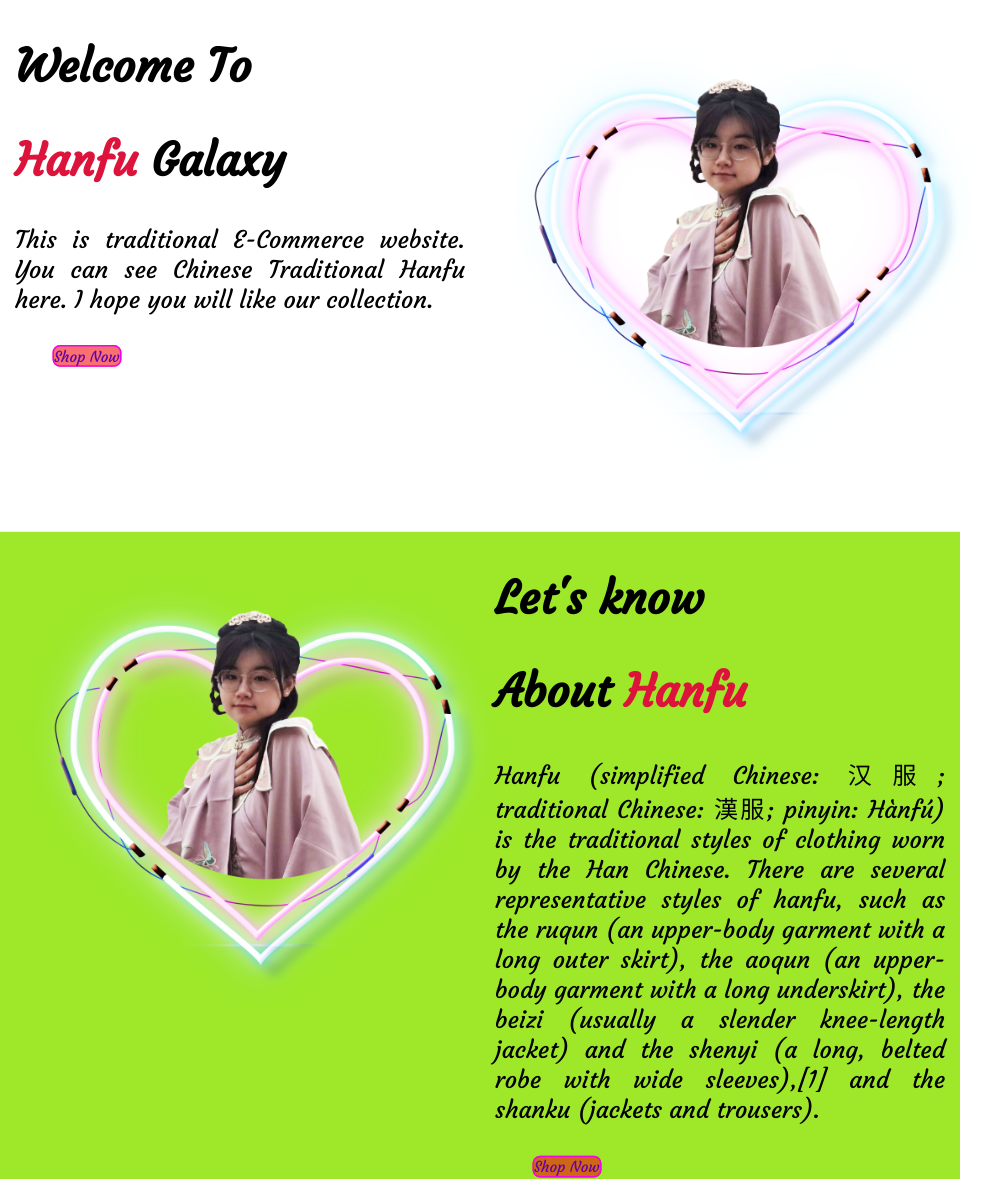
Repository: ramizraaz/E-Commerce
Page: index.html
An editor plug-in stored every save of this project. The page is shown before and after the next save, followed by the edit.
The browser window is 1280 px wide. The page is 1340 px wide, so the pictures cover 1340 px, including what lies to the right of the window. The pictures show the whole page, at 75% of full size.

Above is the page before, as saved 2022-02-06 21:21:57.

### index.html
<!DOCTYPE html>
<html lang="en">

<head>
    <meta charset="UTF-8">
    <meta http-equiv="X-UA-Compatible" content="IE=edge">
    <meta name="viewport" content="width=device-width, initial-scale=1.0">
    <title>Document</title>
    <link rel="stylesheet" href="main.css">
</head>

<body>
    <section class="top">
        <div class="container">
            <h1>Welcome To </h1>
            <h1><span> Hanfu </span>Galaxy</h1>
            <p>This is traditional E-Commerce website. You can see Chinese Traditional Hanfu here. I hope you will like our collection.
            </p>
            <a href="index.html">Shop Now</a>
        </div>
        <div class="container">
            <img src="images/bg-1.png" alt="showart">
        </div>
    </section>
    <section class="mid">
        <div class="container">
            <img src="images/bg-1.png" alt="showart">
        </div>
        <div class="container">
            <h1>Let's know </h1>
            <h1>About<span> Hanfu </span></h1>
            <p>Hanfu (simplified Chinese: 汉服; traditional Chinese: 漢服; pinyin: Hànfú) is the traditional styles of clothing worn by the Han Chinese. There are several representative styles of hanfu, such as the ruqun (an upper-body garment with a long outer
                skirt), the aoqun (an upper-body garment with a long underskirt), the beizi (usually a slender knee-length jacket) and the shenyi (a long, belted robe with wide sleeves),[1] and the shanku (jackets and trousers).
            </p>
            <a href="index.html">Shop Now</a>
        </div>
    </section>
</body>

</html>

### main.css
@import url('https://fonts.googleapis.com/css2?family=Courgette&display=swap');
body {
    font-family: 'Courgette', cursive;
    margin: 0;
    font-size: 2rem;
}

h1 {
    font-size: 60px;
}

p {
    text-align: justify;
}

span {
    color: crimson;
}

img {
    width: 700px;
}

a {
    text-decoration: none;
    border: 2px solid #f104e6;
    border-radius: 10px;
    font-size: 20px;
    margin-left: 50px;
    background-color: rgba(243, 7, 7, 0.575);
    color: rgb(101, 2, 167);
}

.top {
    display: flex;
}

.container {
    width: 50%;
    padding-left: 20px;
}

.mid {
    display: flex;
    background-color: #93e60fe3;
}

.mid .container {
    padding: 0px 20px 0px 0px;
}

After the next save:
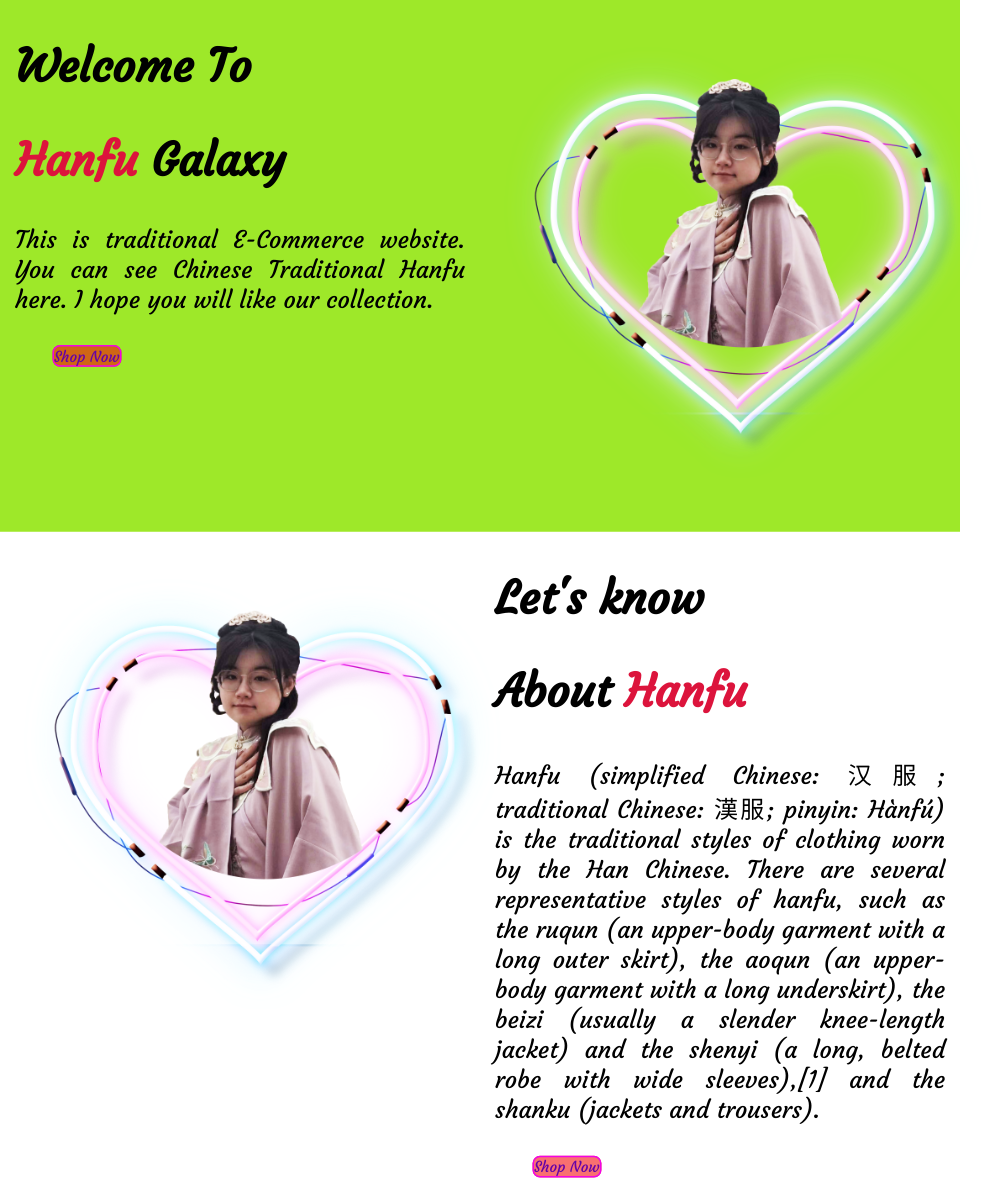
Saved 36 s later.
--- a/main.css
+++ b/main.css
@@ -33,6 +33,7 @@ a {
 
 .top {
     display: flex;
+    background-color: #93e60fe3;
 }
 
 .container {
@@ -42,7 +43,6 @@ a {
 
 .mid {
     display: flex;
-    background-color: #93e60fe3;
 }
 
 .mid .container {
